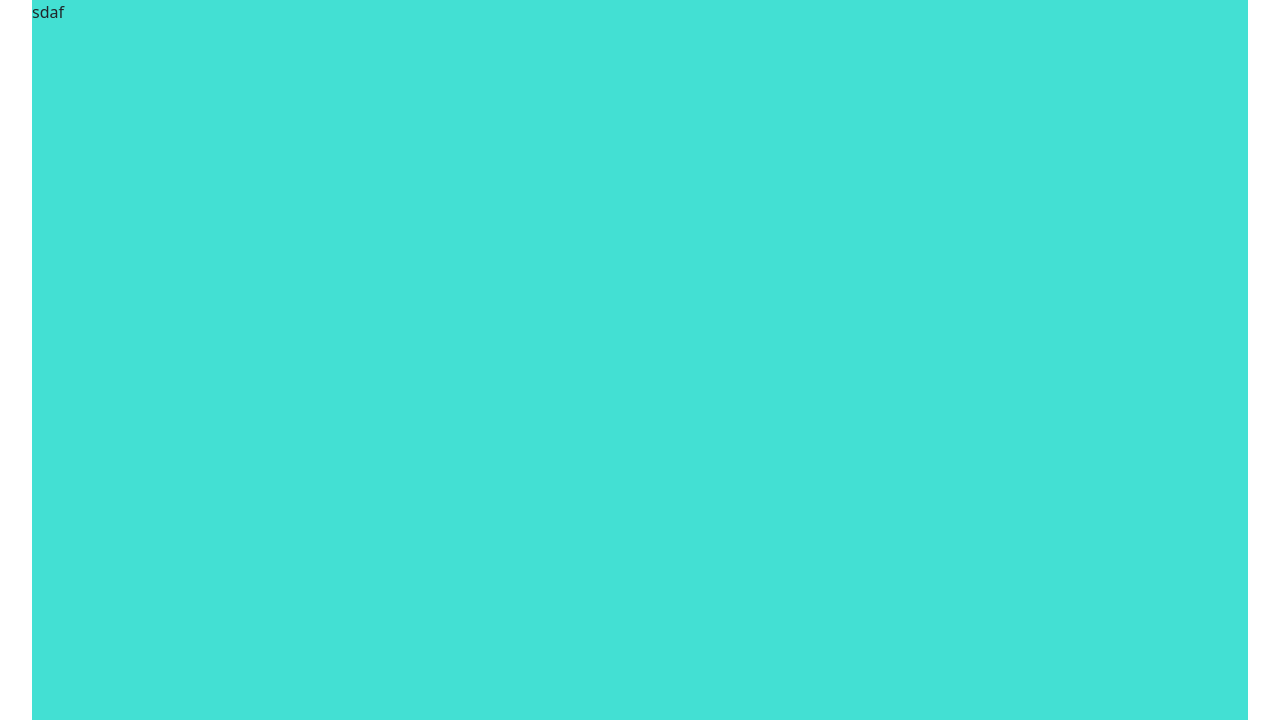
Repository: collegedude9300/zenstationnext
Page: /About
The author's editor kept a copy of each file at every save. The page is drawn from the files as they stood at one save, then again after the next save.
The browser window is 1280 px wide. The pictures show the whole page.
The project was rebuilt for these pictures with package versions that can differ from the ones it lists, and the page was loaded fresh each time. The framework's server and built-in components were replaced by stand-ins that run in the browser. Also part of the build but not shown: next.config.js.

Above is the page before, as saved 2022-10-11 07:39:39.

After the next save:
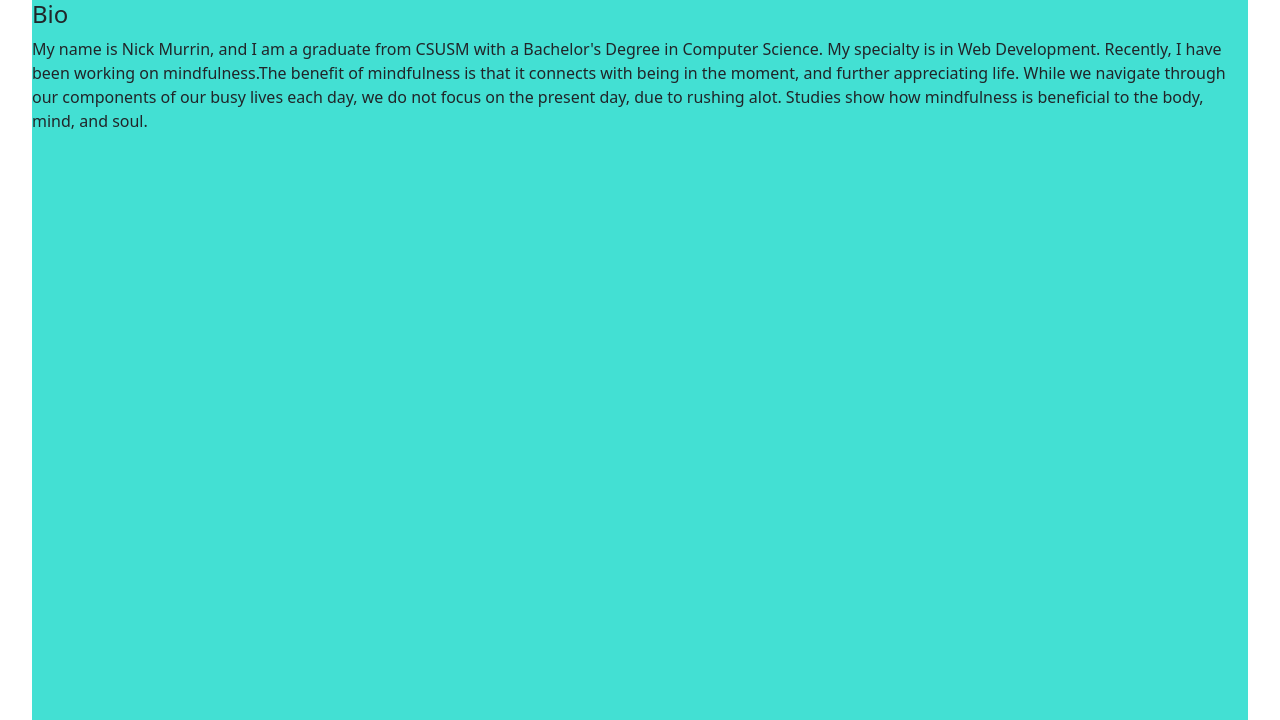
Saved 36 min 52 s later.
--- a/pages/About.js
+++ b/pages/About.js
@@ -11,7 +11,13 @@ return (
         <link rel="icon" href="/favicon.ico" />
       </Head>
       <main className={styles.pages}>
-<p>sdaf</p>
+<h4>Bio</h4>
+<p>
+My name is Nick Murrin, and I am a graduate from CSUSM with a Bachelor's Degree in Computer Science.
+My specialty is in Web Development. Recently, I have been working on mindfulness.The benefit of mindfulness is that it connects with being in the moment, and further appreciating life.
+While we navigate through our components of our busy lives each day, we do not focus on the present day, due to rushing alot.
+Studies show how mindfulness is beneficial to the body, mind, and soul.
+</p>
 </main>
 </div>
 )}
